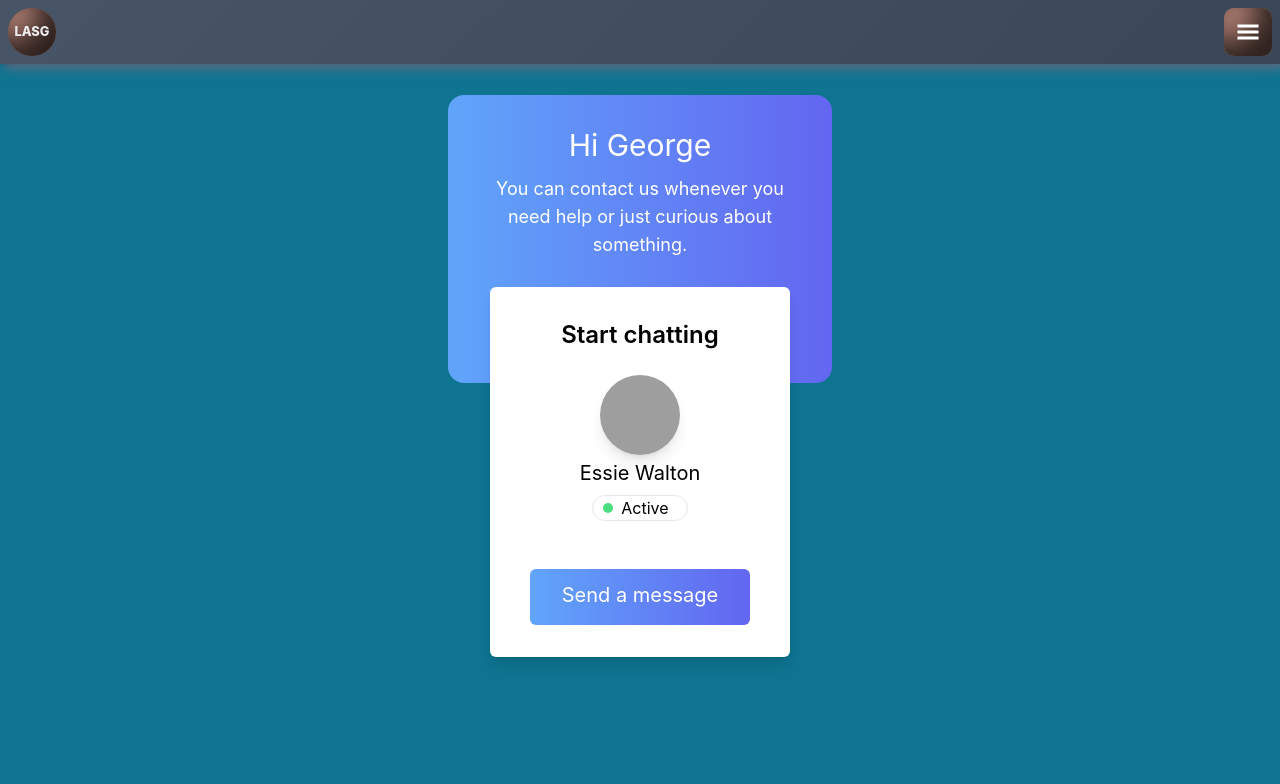
Repository: ShindanoSingi/LA-Swahili-Group
Page: /contact (app in client/)
These files come from the project's save history. The page is drawn as it stood at one moment and after the next save; the edit follows.
The browser window is 1280 px wide. The pictures show the whole page.
Pictures or frames that could not be fetched are drawn as grey boxes. The project was rebuilt for these pictures with package versions that can differ from the ones it lists, and the page was loaded fresh each time. Also part of the build but not shown: client/src/pages/error/Error.css, client/src/pages/error/Error.js, client/src/pages/home/Home.js, client/src/pages/about/About.js, client/src/pages/login/Login.js, client/src/pages/userDashBoard/UserDashBoard.js, client/src/pages/superUsersDashBoard/SuperUsersDashBoard.js, client/src/pages/register/Register.js and 2 more.

Above is the page before, as saved 2024-02-12 00:49:17.

### client/src/index.js
import React from 'react';
import ReactDOM from 'react-dom/client';
import './index.css';
import App from './App';
import reportWebVitals from './reportWebVitals';
import { Provider } from "react-redux";
import store from './redux/store';
import { BrowserRouter } from 'react-router-dom';


const root = ReactDOM.createRoot(document.getElementById('root'));
root.render(
  <Provider store={store}>
    <BrowserRouter>
    <App />
    </BrowserRouter>
  </Provider>
);

// If you want to start measuring performance in your app, pass a function
// to log results (for example: reportWebVitals(console.log))
// or send to an analytics endpoint. Learn more: https://bit.ly/CRA-vitals
reportWebVitals();

### client/src/index.css
@tailwind base;
@tailwind components;
@tailwind utilities;

:root{
  --primary: #424F5F;
  --secondary: #F3F3F3;
  --tertiary: #F4A261;
  --quaternary: #2A9D8F;
  --quinary: #E9C46A;

}

body {
  margin: 0;
  font-family: -apple-system, BlinkMacSystemFont, 'Segoe UI', 'Roboto', 'Oxygen',
    'Ubuntu', 'Cantarell', 'Fira Sans', 'Droid Sans', 'Helvetica Neue',
    sans-serif;
  -webkit-font-smoothing: antialiased;
  -moz-osx-font-smoothing: grayscale;
}

.container{
  max-height: 100vh;
  background-color: var(--primary);
}

.container {
  display: flex;
  justify-content: center;
  align-items: center;
  height: 100vh;
}

.logo{
  height: 100dvh;
}

### client/src/App.js
import Header from "./components/header/Header";
import Error from "./pages/error/Error";
import Home from "./pages/home/Home";
import { Routes, Route, useNavigate } from "react-router-dom";
import About from "./pages/about/About";
import Contact from "./pages/contact/Contact";
import Login from "./pages/login/Login";
import UserDashBoard from "./pages/userDashBoard/UserDashBoard";
import SuperUsersDashBoard from "./pages/superUsersDashBoard/SuperUsersDashBoard";
import { useEffect } from "react";
import Register from "./pages/register/Register";
import EditUser from "./pages/editUser/EditUser";
import AdminDashBoard from "./pages/adminDashBoard/AdminDashBoard";

function App() {

      const navigate = useNavigate()

      const user = 'superusers';

      useEffect(() => {
            if (user === 'superuser') {
                  navigate('/superuser')
            }
      })

      return (
            <>
                  <Header />
                  <Routes>
                        <Route path="/" element={<Home />} />
                        <Route path="/about" element={<About />} />
                        <Route path="/contact" element={<Contact />} />
                        <Route path="/login" element={<Login />} />
                        <Route path="/register" element={<Register/>} />
                        <Route path="/edit" element={<EditUser/>} />
                        <Route path="/user" element={<UserDashBoard/>} />
                        <Route path="/super" element={<SuperUsersDashBoard/>} />
                        <Route path="/admin" element={<AdminDashBoard/>} />
                        <Route
                              path="/:rest*"
                              element={
                                    <h1>
                                          <Error />
                                    </h1>
                              }
                        />
                  </Routes>
            </>
      );
}

export default App;

### client/src/redux/store.js
import { configureStore } from "@reduxjs/toolkit";

import userReducer from "./userSlice";

const store = configureStore({
    reducer: {
        userReducer,
    },
});

export default store;

### client/src/components/header/Header.js
import React, { useState } from "react";
import "./Header.css";
import { GiHamburgerMenu } from "react-icons/gi";
import { Link } from "react-router-dom";

function Header() {
      const [show, setShow] = useState(false);

      return (
            <div className="header fixed top-0 w-full flex items-center justify-between p-2">
                  <Link to="/">
                  <div className="w-12 h-12 rounded-full text-[0.8rem] logo-button flex font-extrabold text-[#EBEBEB] justify-center items-center">
                        LASG
                  </div>
                  </Link>

                  <div className="hambourger h-12 w-12 flex items-center justify-center">
                        <GiHamburgerMenu
                              className="text-[#FFFFFF] text-2xl"
                              onClick={() => setShow(!show)}
                        />
                  </div>
                  {show && (
                        <ul className="flex flex-col items-center p-2 top-[4.2rem] right-2 menu text-[#FFFFFF] absolute">
                              <Link to="/" onClick={() => setShow(!show)}>
                                    <li className="menu-item">Home</li>
                              </Link>
                              <Link to="/about" onClick={() => setShow(!show)}>
                                    <li className="menu-item">About</li>
                              </Link>
                              <Link
                                    to="/contact"
                                    onClick={() => setShow(!show)}
                              >
                                    <li className="menu-item">Contact</li>
                              </Link>
                              <Link to="/login">
                                    <li className="menu-item">Login</li>
                              </Link>
                        </ul>
                  )}
            </div>
      );
}

export default Header;

### client/src/pages/contact/Contact.js
import React from 'react'

function Contact() {
  return (
    <div className='mt-[4rem] min-h-[100vh] bg-cyan-700'>

<div class="mx-5 min-h-screen grid place-content-center">
<div class="bg-gradient-to-r from-blue-400 to-indigo-500 rounded-2xl text-white p-8 text-center h-72 max-w-sm mx-auto">
  <h1 class="text-3xl mb-3">Hi George</h1>
  <p class="text-lg">You can contact us whenever you need help or just curious about something.</p>
</div>
<div class="bg-white py-8 px-10 text-center rounded-md shadow-lg transform -translate-y-20 sm:-translate-y-24 max-w-xs mx-auto">
  <h2 class="font-semibold text-2xl mb-6">Start chatting</h2>
  <img class="w-20 h-20 object-cover rounded-full mx-auto shadow-lg" src="https://images.unsplash.com/photo-1611342799915-5dd9f1665d04?ixid=MXwxMjA3fDB8MHxwaG90by1wYWdlfHx8fGVufDB8fHw%3D&ixlib=rb-1.2.1&auto=format&fit=crop&w=1350&q=80" alt="User avatar"/>
  <p class="capitalize text-xl mt-1">essie walton</p>
  <span class="flex items-center border rounded-full w-24 pr-2 justify-center mx-auto mt-2 mb-12"><div class="bg-green-400 rounded-full w-2.5 h-2.5 block mr-2"></div>Active</span>
  <button class="rounded-md bg-gradient-to-r from-blue-400 to-indigo-500 text-xl text-white pt-3 pb-4 px-8 inline">Send a message</button>
</div>
  </div>
    </div>
  )
}

export default Contact

### client/src/redux/userSlice.js
import {createSlice} from '@reduxjs/toolkit';

const userSlice = createSlice({
    name: 'user',
    initialState: {
        user: null,
    },
    reducers: {
        setUser: (state, action) => {
            state.user = action.payload;
        },
    },
});

export const {setUser} = userSlice.actions;
export default userSlice.reducer;

### client/src/components/header/Header.css
.header {
    border-radius: 0px;
background: linear-gradient(315deg, #3b4756, #475566);
box-shadow:  -5px -5px 10px #262e37,
             5px 5px 10px #5e7087;
}

.logo-button {
    border-radius: 50%;
    background: #6E5049;
    box-shadow: inset -14px -14px 27px #2d211e, inset 14px 14px 27px #af7f74;
}

.hambourger {
    border-radius: 10px;
    background: #6E5049;
    box-shadow: inset -14px -14px 27px #2d211e, inset 14px 14px 27px #af7f74;
}

.menu {
    border-radius: 9px;
    background: #3E5F75;
    box-shadow: inset -5px -5px 10px #38556c, inset 5px 5px 10px #5885a8;
    padding: 0.5rem;
}

.menu-item{
    border-radius: 7px;
background: #486D8A;
box-shadow: inset -15px -15px 13px #2a3f50,
            inset 15px 15px 13px #669bc4;
            width: 5rem;
            text-align: center;
            margin: 0.2rem;
            padding: 0.2rem 0.5rem;
}

Loaded but not shown: client/public/index.html (common file); client/src/reportWebVitals.js (common file); client/tailwind.config.js (common file)

After the next save:
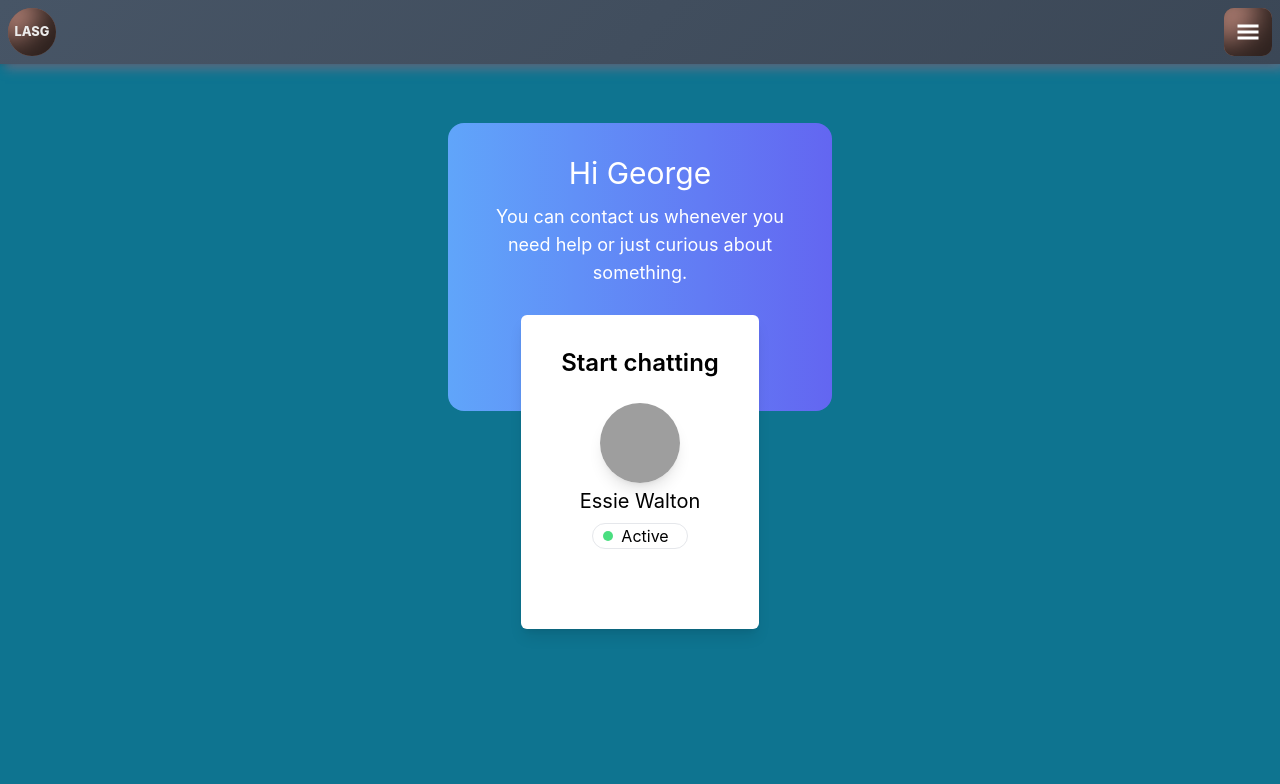
Saved 30 s later.
--- a/client/src/pages/contact/Contact.js
+++ b/client/src/pages/contact/Contact.js
@@ -14,7 +14,7 @@ function Contact() {
   <img class="w-20 h-20 object-cover rounded-full mx-auto shadow-lg" src="https://images.unsplash.com/photo-1611342799915-5dd9f1665d04?ixid=MXwxMjA3fDB8MHxwaG90by1wYWdlfHx8fGVufDB8fHw%3D&ixlib=rb-1.2.1&auto=format&fit=crop&w=1350&q=80" alt="User avatar"/>
   <p class="capitalize text-xl mt-1">essie walton</p>
   <span class="flex items-center border rounded-full w-24 pr-2 justify-center mx-auto mt-2 mb-12"><div class="bg-green-400 rounded-full w-2.5 h-2.5 block mr-2"></div>Active</span>
-  <button class="rounded-md bg-gradient-to-r from-blue-400 to-indigo-500 text-xl text-white pt-3 pb-4 px-8 inline">Send a message</button>
+
 </div>
   </div>
     </div>
